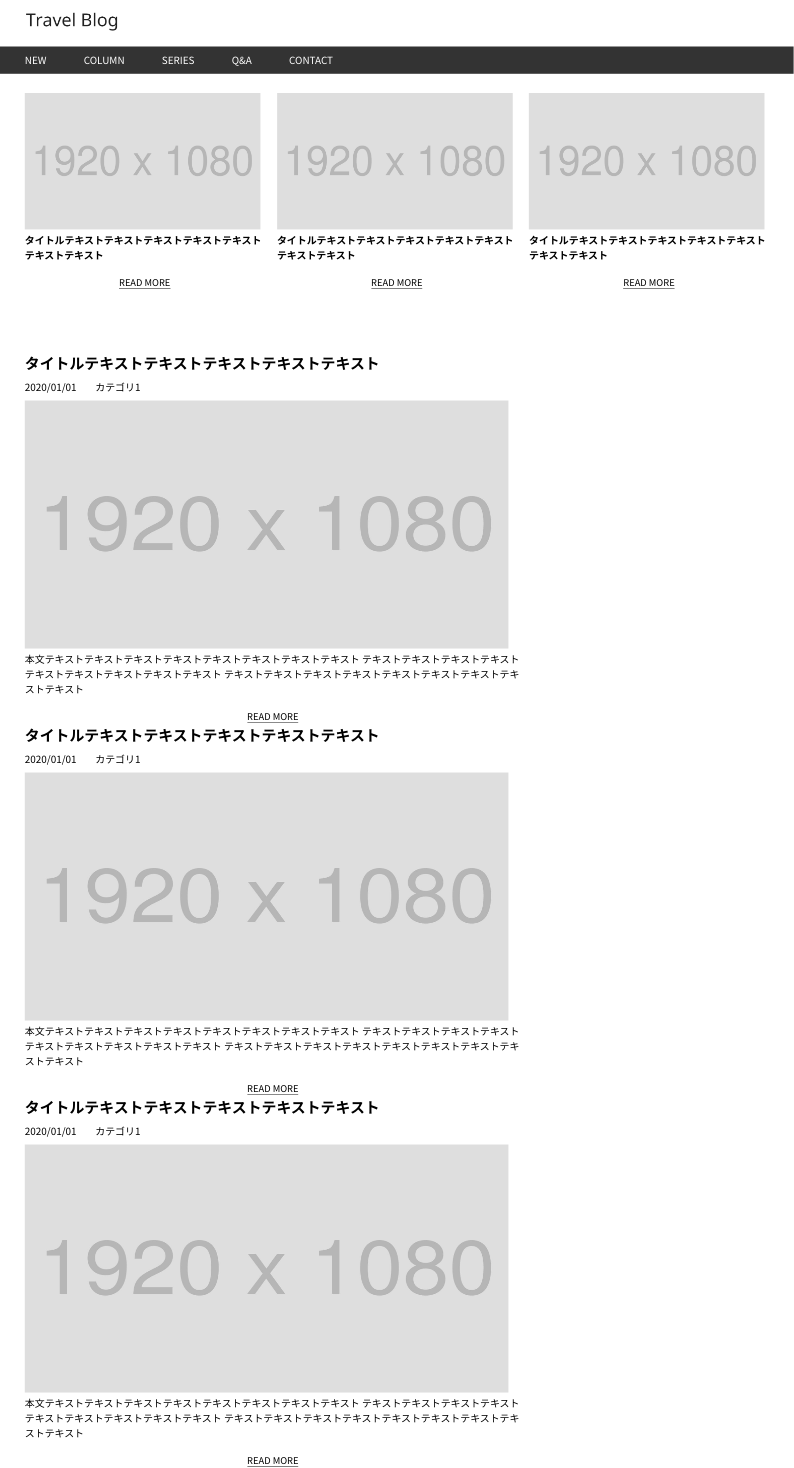
Repository: n19880405nick/challenge
Page: Codestep/Blog/blog.html
The author's editor kept a record of every edit. The page is drawn from the files as they stood at one moment, then again after the next edit.
The browser window is 1280 px wide. The pictures show the whole page, at 62% of full size.

Above is the page before.

### Codestep/Blog/blog.html
<!DOCTYPE html>
<html lang="ja">
  <head>
    <meta charset="UTF-8">
    <meta name="viewport" content="width=device-width, initial-scale=1.0">
    <title>Blog</title>
    <link rel="stylesheet" href="blog.css">
    <link rel="shortcut icon" href="img/favicon.ico">
    <link rel="preconnect" href="https://fonts.googleapis.com">
    <link rel="preconnect" href="https://fonts.gstatic.com" crossorigin>
    <link href="https://fonts.googleapis.com/css2?family=Noto+Sans&family=Noto+Sans+JP&display=swap" rel="stylesheet">
  </head>

  <body>
    <header>
      <div id="logo">
        <a href=""><img class="logo" src="img/logo.svg"></a>
      </div>
      <nav>
        <ul>
          <li><a href="">NEW</a></li>
          <li><a href="">COLUMN</a></li>
          <li><a href="">SERIES</a></li>
          <li><a href="">Q&A</a></li>
          <li><a href="">CONTACT</a></li>
        </ul>
      </nav>
    </header>

    <div id="pickup">
      <article class="pickup">
        <img class="pickup-image" src="img/pickup1.jpg">
        <h4 class="pickup-title">タイトルテキストテキストテキストテキストテキストテキストテキスト</h4>
        <div class="readmore">
          <a href="">READ MORE</a>
        </div>
      </article>
      <article class="pickup">
        <img class="pickup-image" src="img/pickup2.jpg">
        <h4 class="pickup-title">タイトルテキストテキストテキストテキストテキストテキストテキスト</h4>
        <div class="readmore">
          <a href="">READ MORE</a>
        </div>
      </article>
      <article class="pickup">
        <img class="pickup-image" src="img/pickup3.jpg">
        <h4 class="pickup-title">タイトルテキストテキストテキストテキストテキストテキストテキスト</h4>
        <div class="readmore">
          <a href="">READ MORE</a>
        </div>
      </article>
    </div>

    <div id="container">
      <main>
        <article class="main">
          <a href=""><h2>タイトルテキストテキストテキストテキストテキスト</h2></a>
          <ul>
            <li><time datetime="2020-1-1">2020/01/01</time></li>
            <li>カテゴリ1</li>
          </ul>
          <img class="main-visual" src="img/main1.jpg">
          <p class="main-text">
            本文テキストテキストテキストテキストテキストテキストテキストテキスト
            テキストテキストテキストテキストテキストテキストテキストテキストテキスト
            テキストテキストテキストテキストテキストテキストテキストテキストテキスト
          </p>
          <div class="readmore">
            <a href="">READ MORE</a>
          </div>
        </article>
        <article class="main">
          <a href=""><h2>タイトルテキストテキストテキストテキストテキスト</h2></a>
          <ul>
            <li><time datetime="2020-1-1">2020/01/01</time></li>
            <li>カテゴリ1</li>
          </ul>
          <img class="main-visual" src="img/main2.jpg">
          <p class="main-text">
            本文テキストテキストテキストテキストテキストテキストテキストテキスト
            テキストテキストテキストテキストテキストテキストテキストテキストテキスト
            テキストテキストテキストテキストテキストテキストテキストテキストテキスト
          </p>
          <div class="readmore">
            <a href="">READ MORE</a>
          </div>
        </article>
        <article class="main">
          <a href=""><h2>タイトルテキストテキストテキストテキストテキスト</h2></a>
          <ul>
            <li><time datetime="2020-1-1">2020/01/01</time></li>
            <li>カテゴリ1</li>
          </ul>
          <img class="main-visual" src="img/main3.jpg">
          <p class="main-text">
            本文テキストテキストテキストテキストテキストテキストテキストテキスト
            テキストテキストテキストテキストテキストテキストテキストテキストテキスト
            テキストテキストテキストテキストテキストテキストテキストテキストテキスト
          </p>
          <div class="readmore">
            <a href="">READ MORE</a>
          </div>
        </article>
      </main>
      <div id="aside"></div>
    </div>

    <footer></footer>
  </body>

</html>

### Codestep/Blog/blog.css
*{
  margin: 0;
  padding: 0;
  box-sizing: border-box;
}

body{
  font-family: 'Noto Sans JP', 'Noto Sans', sans-serif;
}

header{
  width: 100%;
  position: fixed;
  background-color: white;
}

#logo{
  width: 1200px;
  margin: 0 auto;
}

.logo{
  width: 150px;
  height: 70px;
}

nav{
  width: 100%;
  background-color: #333;
}

ul, #pickup, #container{
  width: 1200px;
  display: flex;
  margin: 0 auto;
}

li{
  list-style: none;
  margin: 10px 30px;
}

header li:nth-child(1){
  margin-left: 0;
}

a{
  text-decoration: none;
  color: black;
}

header a{
  color: white;
}


.pickup{
  margin: 150px 0 100px;
}

.pickup:nth-child(2){
  margin: 150px 20px 100px;
}

.pickup-image{
  width: 380px;
  height: 220px;
}

.readmore{
  margin-top: 20px;
  text-align: center;
}

.readmore a{
  font-size: 15px;
  position: relative;
}

.readmore a::after{
  content: '';
  position: absolute;
  height: 1px;
  width: 100%;
  left: 0;
  bottom: 0;
  background: #333;
  transition: all 200ms ease;
}

.readmore a:hover::after {
  opacity: 0;
  transform: translateY(3px);
}

.main{
  width: 800px;
}

.main li{
  margin-left: 0;
}

.main-visual{
  width: 780px;
  height: 400px;
}

.

After the next edit:
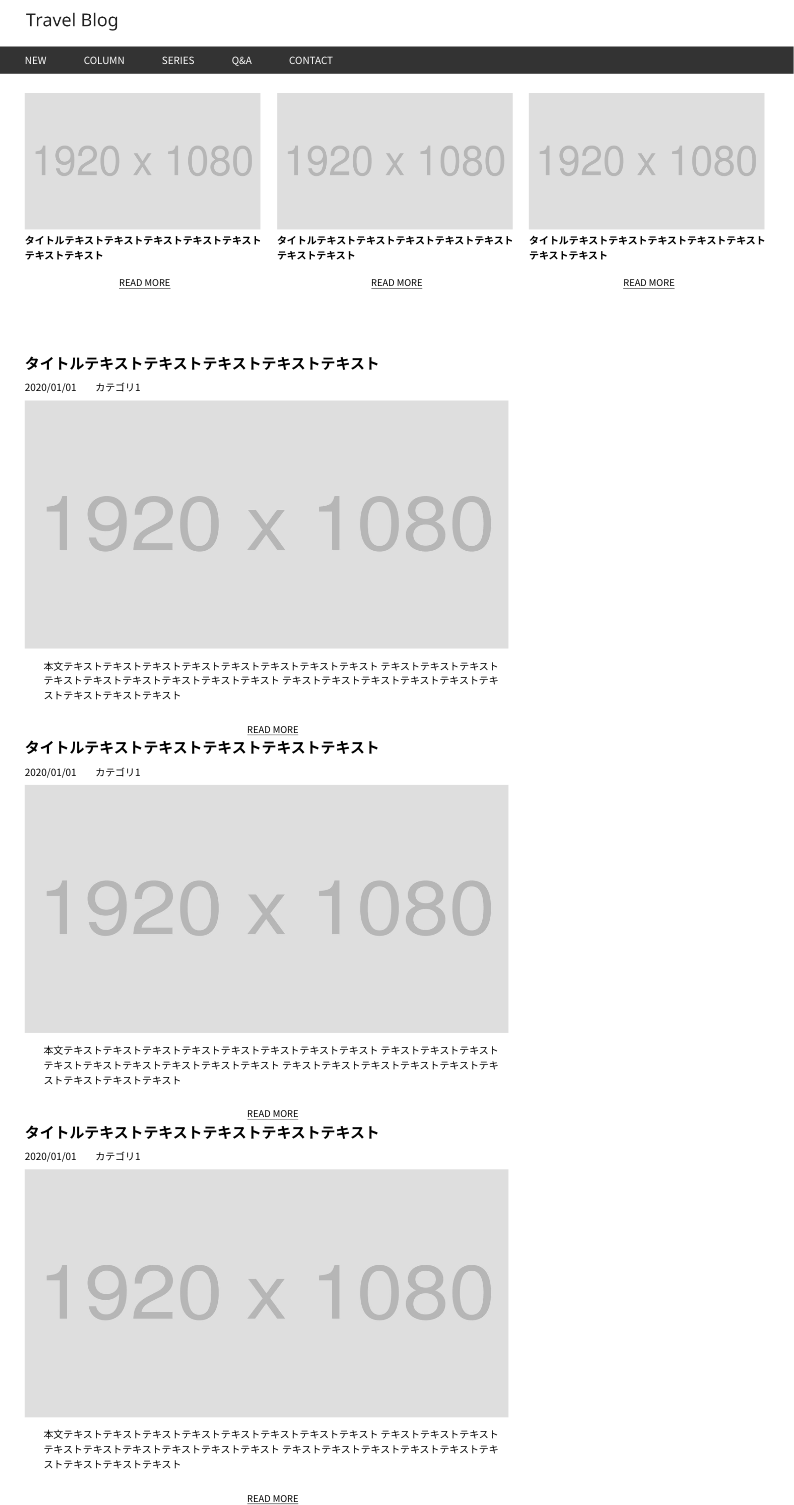
The edit:
--- a/Codestep/Blog/blog.css
+++ b/Codestep/Blog/blog.css
@@ -106,4 +106,6 @@
   height: 400px;
 }
 
-.
+.main-text{
+  padding: 10px 30px;
+}
